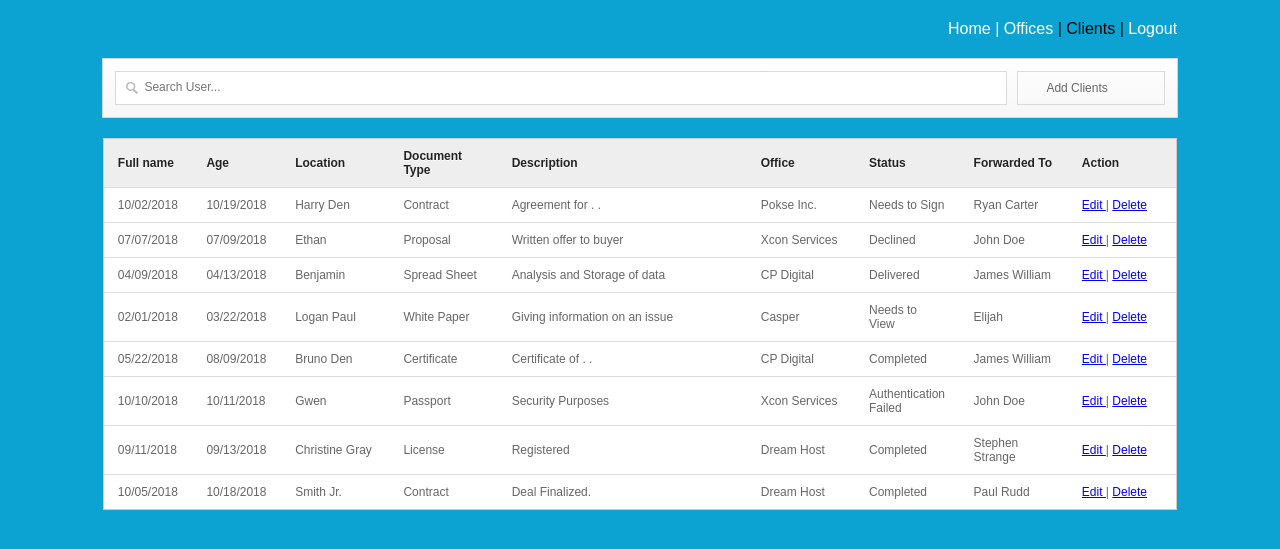
Repository: MrSyntax31/recordmanagement
Page: http://localhost/main/clients.php
An editor plug-in stored every save of this project. The page is shown before and after the next save, followed by the edit.
The browser window is 1280 px wide. The pictures show the whole page.
The page is run by PHP 8.4 with error messages shown; the project is at /var/www/html/. The database holds what the project's SQL file puts in it.

Above is the page before, as saved 2022-03-03 14:40:05.

### main/clients.php
<style>
body {
	background: #0ca3d2;
}
table { border-collapse: separate; background-color: #FFFFFF; border-spacing: 0; width: 85%; color: #666666; text-shadow: 0 1px 0 #FFFFFF; border: 1px solid #CCCCCC; box-shadow: 0; margin: 0 auto;font-family: arial; }
table thead tr th { background: none repeat scroll 0 0 #EEEEEE; color: #222222; padding: 10px 14px; text-align: left; border-top: 0 none; font-size: 12px; }
table tbody tr td{
    background-color: #FFFFFF;
	font-size: 12px;
    text-align: left;
	padding: 10px 14px;
	border-top: 1px solid #DDDDDD;
}
#log {
	width: 85%;
	text-align: right;
	margin: 20px auto;
	font-family: arial;
}
#log a {
	color: #FFFFFF;
	text-decoration: none;
	font-family: arial;
}
#formdesign {
	background: linear-gradient(to bottom, #FFFFFF 0%, #F6F6F6 100%) repeat scroll 0 0 rgba(0, 0, 0, 0);
    border: 1px solid #D5D5D5;
    padding: 12px;
    position: relative;
	margin: 20px auto;
	width: 83%;
	clear: both;
	height: 34px;
}
#filter {
	-moz-box-sizing: border-box;
    background: url("img/big_search.png") no-repeat scroll 10px 10px #FFFFFF;
    box-shadow: none;
    display: block;
    font-size: 12px;
    height: 34px;
    padding: 9px 140px 9px 28px;display: block;
    font-size: 12px;
    height: 34px;
    padding: 9px 140px 9px 28px;
    width: 85%;
	border: 1px solid #DADADA;
    transition: border 0.2s linear 0s, box-shadow 0.2s linear 0s;
	padding-top: 6px;
	float: left;
}
#add {
	float: right;
	width: 8.5%;
	display: block;
    font-size: 12px;
    height: 14px;
    padding: 9px 28px 9px 28px;
	border: 1px solid #DADADA;
}
a#add {
	text-decoration: none;
	color: #666666;
	font-family: arial;
	font-size: 12px;
}

</style>
<script src="argiepolicarpio.js" type="text/javascript" charset="utf-8"></script>
<script src="js/application.js" type="text/javascript" charset="utf-8"></script>
<!--sa poip up-->
<link href="src/facebox.css" media="screen" rel="stylesheet" type="text/css" />
   <script src="lib/jquery.js" type="text/javascript"></script>
  <script src="src/facebox.js" type="text/javascript"></script>
  <script type="text/javascript">
    jQuery(document).ready(function($) {
      $('a[rel*=facebox]').facebox({
        loadingImage : 'src/loading.gif',
        closeImage   : 'src/closelabel.png'
      })
    })
  </script>
<div id="log"> <a href="index.php">Home | <a href="offices.php">Offices</a> | Clients |  <a href="../index.php">Logout</a>
</div>
<div id="formdesign">
<input type="text" name="filter" value="" id="filter" placeholder="Search User..." autocomplete="off" />
<a rel="facebox" href="add.php" id="add">Add Clients</a>
</div>
<table cellspacing="0" cellpadding="2" id="resultTable">
<thead>
	<tr>
		<th width="5%"> Full name</th>
		<th width="7%"> Age</th>
		<th width="10%"> Location </th>
		<th width="10%"> Document Type </th>
		<th width="23%"> Description </th>
		<th width="10%"> Office </th>
		<th width="5%"> Status </th>
		<th width="10%"> Forwarded To </th>
		<th width="10%"> Action </th>
	</tr>
</thead>
<tbody>
	<?php
		include('connect.php');
		$result = $db->prepare("SELECT * FROM transaction ORDER BY id DESC");
		$result->execute();
		for($i=0; $row = $result->fetch(); $i++){
	?>
	<tr class="record">
		<td><?php echo $row['date']; ?></td>
		<td><?php echo $row['dateout']; ?></td>
		<td><?php echo $row['receive_by']; ?></td>
		<td><?php echo $row['doc_type']; ?></td>
		<td><?php echo $row['description']; ?></td>
		<td><?php echo $row['office']; ?></td>
		<td><?php echo $row['status']; ?></td>
		<td><?php echo $row['ft']; ?></td>
		<td><a rel="facebox" href="editform.php?id=<?php echo $row['id']; ?>"> Edit </a> | <a href="#" id="<?php echo $row['id']; ?>" class="delbutton" title="Click To Delete">Delete</a></td>
	</tr>
	<?php
		}
	?>
</tbody>
</table>
<script src="js/jquery.js"></script>
  <script type="text/javascript">
$(function() {


$(".delbutton").click(function(){

//Save the link in a variable called element
var element = $(this);

//Find the id of the link that was clicked
var del_id = element.attr("id");

//Built a url to send
var info = 'id=' + del_id;
 if(confirm("Sure you want to delete this update? There is NO undo!"))
		  {

 $.ajax({
   type: "GET",
   url: "delete.php",
   data: info,
   success: function(){

   }
 });
         $(this).parents(".record").animate({ backgroundColor: "#fbc7c7" }, "fast")
		.animate({ opacity: "hide" }, "slow");

 }

return false;

});

});
</script>

### main/connect.php
<?php
/* Database config */
$db_host		= 'localhost';
$db_user		= 'root';
$db_pass		= '';
$db_database	= 'record';

/* End config */

$db = new PDO('mysql:host='.$db_host.';dbname='.$db_database, $db_user, $db_pass);
$db->setAttribute(PDO::ATTR_ERRMODE, PDO::ERRMODE_EXCEPTION);

?>

### main/js/application.js
$(document).ready(function() {
	zebraRows('tr:odd td', 'odd');

	$('tbody tr').hover(function(){
	  $(this).find('td').addClass('hovered');
	}, function(){
	  $(this).find('td').removeClass('hovered');
	});

	//default each row to visible
	$('tbody tr').addClass('visible');

	//overrides CSS display:none property
	//so only users w/ JS will see the
	//filter box
	$('#search').show();

	$('#filter').keyup(function(event) {
		//if esc is pressed or nothing is entered
    if (event.keyCode == 27 || $(this).val() == '') {
			//if esc is pressed we want to clear the value of search box
			$(this).val('');

			//we want each row to be visible because if nothing
			//is entered then all rows are matched.
      $('tbody tr').removeClass('visible').show().addClass('visible');
    }

		//if there is text, lets filter
		else {
      filter('tbody tr', $(this).val());
    }

		//reapply zebra rows
		$('.visible td').removeClass('odd');
		zebraRows('.visible:even td', 'odd');
	});

	//grab all header rows
	$('thead th').each(function(column) {
		$(this).addClass('sortable')
					.click(function(){
						var findSortKey = function($cell) {
							return $cell.find('.sort-key').text().toUpperCase() + ' ' + $cell.text().toUpperCase();
						};

						var sortDirection = $(this).is('.sorted-asc') ? -1 : 1;

						//step back up the tree and get the rows with data
						//for sorting
						var $rows		= $(this).parent()
																.parent()
																.parent()
																.find('tbody tr')
																.get();

						//loop through all the rows and find
						$.each($rows, function(index, row) {
							row.sortKey = findSortKey($(row).children('td').eq(column));
						});

						//compare and sort the rows alphabetically
						$rows.sort(function(a, b) {
							if (a.sortKey < b.sortKey) return -sortDirection;
							if (a.sortKey > b.sortKey) return sortDirection;
							return 0;
						});

						//add the rows in the correct order to the bottom of the table
						$.each($rows, function(index, row) {
							$('tbody').append(row);
							row.sortKey = null;
						});

						//identify the column sort order
						$('th').removeClass('sorted-asc sorted-desc');
						var $sortHead = $('th').filter(':nth-child(' + (column + 1) + ')');
						sortDirection == 1 ? $sortHead.addClass('sorted-asc') : $sortHead.addClass('sorted-desc');

						//identify the column to be sorted by
						$('td').removeClass('sorted')
									.filter(':nth-child(' + (column + 1) + ')')
									.addClass('sorted');

						$('.visible td').removeClass('odd');
						zebraRows('.visible:even td', 'odd');
					});
	});
});


//used to apply alternating row styles
function zebraRows(selector, className)
{
	$(selector).removeClass(className)
							.addClass(className);
}

//filter results based on query
function filter(selector, query) {
	query	=	$.trim(query); //trim white space
  query = query.replace(/ /gi, '|'); //add OR for regex

  $(selector).each(function() {
    ($(this).text().search(new RegExp(query, "i")) < 0) ? $(this).hide().removeClass('visible') : $(this).show().addClass('visible');
  });
}

### main/src/facebox.css
#facebox {
  position: absolute;
  top: 0;
  left: 0;
  z-index: 100;
  text-align: left;
}


#facebox .popup{
  position:relative;
  border:3px solid rgba(0,0,0,0);
  -webkit-border-radius:5px;
  -moz-border-radius:5px;
  border-radius:5px;
  -webkit-box-shadow:0 0 18px rgba(0,0,0,0.4);
  -moz-box-shadow:0 0 18px rgba(0,0,0,0.4);
  box-shadow:0 0 18px rgba(0,0,0,0.4);
}

#facebox .content {
  display:table;
  width: 280px;
  padding: 10px;
  background: #fff;
  -webkit-border-radius:4px;
  -moz-border-radius:4px;
  border-radius:4px;
}

#facebox .content > p:first-child{
  margin-top:0;
}
#facebox .content > p:last-child{
  margin-bottom:0;
}

#facebox .close{
  position:absolute;
  top:5px;
  right:5px;
  padding:2px;
  background:#fff;
}
#facebox .close img{
  opacity:0.3;
}
#facebox .close:hover img{
  opacity:1.0;
}

#facebox .loading {
  text-align: center;
}

#facebox .image {
  text-align: center;
}

#facebox img {
  border: 0;
  margin: 0;
}

#facebox_overlay {
  position: fixed;
  top: 0px;
  left: 0px;
  height:100%;
  width:100%;
}

.facebox_hide {
  z-index:-100;
}

.facebox_overlayBG {
  background-color: #000;
  z-index: 99;
}

.hoverbox
{
	cursor: default;
	list-style: none;
}

.hoverbox a
{
	cursor:pointer;
}


.hoverbox img
{
	background: #fff;
	border-color: #aaa #ccc #ddd #bbb;
	border-style: solid;
	border-width: 1px;
	color: inherit;
	padding: 2px;
	vertical-align: top;
	width: 115px;
	height: 70px;
	margin-bottom:5px;
}

### main/src/facebox.js
/*
 * Facebox (for jQuery)
 * version: 1.2 (05/05/2008)
 * @requires jQuery v1.2 or later
 *
 * Examples at http://famspam.com/facebox/
 *
 * Licensed under the MIT:
 *   http://www.opensource.org/licenses/mit-license.php
 *
 * Copyright 2007, 2008 Chris Wanstrath [ chris@ozmm.org ]
 *
 * Usage:
 *
 *  jQuery(document).ready(function() {
 *    jQuery('a[rel*=facebox]').facebox()
 *  })
 *
 *  <a href="#terms" rel="facebox">Terms</a>
 *    Loads the #terms div in the box
 *
 *  <a href="terms.html" rel="facebox">Terms</a>
 *    Loads the terms.html page in the box
 *
 *  <a href="terms.png" rel="facebox">Terms</a>
 *    Loads the terms.png image in the box
 *
 *
 *  You can also use it programmatically:
 *
 *    jQuery.facebox('some html')
 *    jQuery.facebox('some html', 'my-groovy-style')
 *
 *  The above will open a facebox with "some html" as the content.
 *
 *    jQuery.facebox(function($) {
 *      $.get('blah.html', function(data) { $.facebox(data) })
 *    })
 *
 *  The above will show a loading screen before the passed function is called,
 *  allowing for a better ajaxy experience.
 *
 *  The facebox function can also display an ajax page, an image, or the contents of a div:
 *
 *    jQuery.facebox({ ajax: 'remote.html' })
 *    jQuery.facebox({ ajax: 'remote.html' }, 'my-groovy-style')
 *    jQuery.facebox({ image: 'stairs.jpg' })
 *    jQuery.facebox({ image: 'stairs.jpg' }, 'my-groovy-style')
 *    jQuery.facebox({ div: '#box' })
 *    jQuery.facebox({ div: '#box' }, 'my-groovy-style')
 *
 *  Want to close the facebox?  Trigger the 'close.facebox' document event:
 *
 *    jQuery(document).trigger('close.facebox')
 *
 *  Facebox also has a bunch of other hooks:
 *
 *    loading.facebox
 *    beforeReveal.facebox
 *    reveal.facebox (aliased as 'afterReveal.facebox')
 *    init.facebox
 *    afterClose.facebox
 *
 *  Simply bind a function to any of these hooks:
 *
 *   $(document).bind('reveal.facebox', function() { ...stuff to do after the facebox and contents are revealed... })
 *
 */
(function($) {
  $.facebox = function(data, klass) {
    $.facebox.loading()

    if (data.ajax) fillFaceboxFromAjax(data.ajax, klass)
    else if (data.image) fillFaceboxFromImage(data.image, klass)
    else if (data.div) fillFaceboxFromHref(data.div, klass)
    else if ($.isFunction(data)) data.call($)
    else $.facebox.reveal(data, klass)
  }

  /*
   * Public, $.facebox methods
   */

  $.extend($.facebox, {
    settings: {
      opacity      : 0.2,
      overlay      : false,
      loadingImage : '/facebox/loading.gif',
      closeImage   : '/facebox/closelabel.png',
      imageTypes   : [ 'png', 'jpg', 'jpeg', 'gif' ],
      faceboxHtml  : '\
    <div id="facebox" style="display:none;"> \
      <div class="popup"> \
        <div class="content"> \
        </div> \
        <a href="#" class="close"><img src="/facebox/closelabel.png" title="close" class="close_image" /></a> \
      </div> \
    </div>'
    },

    loading: function() {
      init()
      if ($('#facebox .loading').length == 1) return true
      showOverlay()

      $('#facebox .content').empty()
      $('#facebox .body').children().hide().end().
        append('<div class="loading"><img src="'+$.facebox.settings.loadingImage+'"/></div>')

      $('#facebox').css({
        top:	getPageScroll()[1] + (getPageHeight() / 10),
        left:	$(window).width() / 2 - 205
      }).show()

      $(document).bind('keydown.facebox', function(e) {
        if (e.keyCode == 27) $.facebox.close()
        return true
      })
      $(document).trigger('loading.facebox')
    },

    reveal: function(data, klass) {
      $(document).trigger('beforeReveal.facebox')
      if (klass) $('#facebox .content').addClass(klass)
      $('#facebox .content').append(data)
      $('#facebox .loading').remove()
      $('#facebox .body').children().fadeIn('normal')
      $('#facebox').css('left', $(window).width() / 2 - ($('#facebox .popup').width() / 2))
      $(document).trigger('reveal.facebox').trigger('afterReveal.facebox')
    },

    close: function() {
      $(document).trigger('close.facebox')
      return false
    }
  })

  /*
   * Public, $.fn methods
   */

  $.fn.facebox = function(settings) {
    if ($(this).length == 0) return

    init(settings)

    function clickHandler() {
      $.facebox.loading(true)

      // support for rel="facebox.inline_popup" syntax, to add a class
      // also supports deprecated "facebox[.inline_popup]" syntax
      var klass = this.rel.match(/facebox\[?\.(\w+)\]?/)
      if (klass) klass = klass[1]

      fillFaceboxFromHref(this.href, klass)
      return false
    }

    return this.bind('click.facebox', clickHandler)
  }

  /*
   * Private methods
   */

  // called one time to setup facebox on this page
  function init(settings) {
    if ($.facebox.settings.inited) return true
    else $.facebox.settings.inited = true

    $(document).trigger('init.facebox')
    makeCompatible()

    var imageTypes = $.facebox.settings.imageTypes.join('|')
    $.facebox.settings.imageTypesRegexp = new RegExp('\.(' + imageTypes + ')$', 'i')

    if (settings) $.extend($.facebox.settings, settings)
    $('body').append($.facebox.settings.faceboxHtml)

    var preload = [ new Image(), new Image() ]
    preload[0].src = $.facebox.settings.closeImage
    preload[1].src = $.facebox.settings.loadingImage

    $('#facebox').find('.b:first, .bl').each(function() {
      preload.push(new Image())
      preload.slice(-1).src = $(this).css('background-image').replace(/url\((.+)\)/, '$1')
    })

    $('#facebox .close').click($.facebox.close)
    $('#facebox .close_image').attr('src', $.facebox.settings.closeImage)
  }

  // getPageScroll() by quirksmode.com
  function getPageScroll() {
    var xScroll, yScroll;
    if (self.pageYOffset) {
      yScroll = self.pageYOffset;
      xScroll = self.pageXOffset;
    } else if (document.documentElement && document.documentElement.scrollTop) {	 // Explorer 6 Strict
      yScroll = document.documentElement.scrollTop;
      xScroll = document.documentElement.scrollLeft;
    } else if (document.body) {// all other Explorers
      yScroll = document.body.scrollTop;
      xScroll = document.body.scrollLeft;
    }
    return new Array(xScroll,yScroll)
  }

  // Adapted from getPageSize() by quirksmode.com
  function getPageHeight() {
    var windowHeight
    if (self.innerHeight) {	// all except Explorer
      windowHeight = self.innerHeight;
    } else if (document.documentElement && document.documentElement.clientHeight) { // Explorer 6 Strict Mode
      windowHeight = document.documentElement.clientHeight;
    } else if (document.body) { // other Explorers
      windowHeight = document.body.clientHeight;
    }
    return windowHeight
  }

  // Backwards compatibility
  function makeCompatible() {
    var $s = $.facebox.settings

    $s.loadingImage = $s.loading_image || $s.loadingImage
    $s.closeImage = $s.close_image || $s.closeImage
    $s.imageTypes = $s.image_types || $s.imageTypes
    $s.faceboxHtml = $s.facebox_html || $s.faceboxHtml
  }

  // Figures out what you want to display and displays it
  // formats are:
  //     div: #id
  //   image: blah.extension
  //    ajax: anything else
  function fillFaceboxFromHref(href, klass) {
    // div
    if (href.match(/#/)) {
      var url    = window.location.href.split('#')[0]
      var target = href.replace(url,'')
      if (target == '#') return
      $.facebox.reveal($(target).html(), klass)

    // image
    } else if (href.match($.facebox.settings.imageTypesRegexp)) {
      fillFaceboxFromImage(href, klass)
    // ajax
    } else {
      fillFaceboxFromAjax(href, klass)
    }
  }

  function fillFaceboxFromImage(href, klass) {
    var image = new Image()
    image.onload = function() {
      $.facebox.reveal('<div class="image"><img src="' + image.src + '" /></div>', klass)
    }
    image.src = href
  }

  function fillFaceboxFromAjax(href, klass) {
    $.get(href, function(data) { $.facebox.reveal(data, klass) })
  }

  function skipOverlay() {
    return $.facebox.settings.overlay == false || $.facebox.settings.opacity === null
  }

  function showOverlay() {
    if (skipOverlay()) return

    if ($('#facebox_overlay').length == 0)
      $("body").append('<div id="facebox_overlay" class="facebox_hide"></div>')

    $('#facebox_overlay').hide().addClass("facebox_overlayBG")
      .css('opacity', $.facebox.settings.opacity)
      .click(function() { $(document).trigger('close.facebox') })
      .fadeIn(200)
    return false
  }

  function hideOverlay() {
    if (skipOverlay()) return

    $('#facebox_overlay').fadeOut(200, function(){
      $("#facebox_overlay").removeClass("facebox_overlayBG")
      $("#facebox_overlay").addClass("facebox_hide")
      $("#facebox_overlay").remove()
    })

    return false
  }

  /*
   * Bindings
   */

  $(document).bind('close.facebox', function() {
    $(document).unbind('keydown.facebox')
    $('#facebox').fadeOut(function() {
      $('#facebox .content').removeClass().addClass('content')
      $('#facebox .loading').remove()
      $(document).trigger('afterClose.facebox')
    })
    hideOverlay()
  })

})(jQuery);

### main/DATABASE/record.sql (the tables this page reads)
CREATE TABLE IF NOT EXISTS `transaction` (
`id` int(11) NOT NULL,
  `date` varchar(100) NOT NULL,
  `doc_type` varchar(100) NOT NULL,
  `description` varchar(1000) NOT NULL,
  `office` varchar(100) NOT NULL,
  `status` varchar(100) NOT NULL,
  `dateout` varchar(100) NOT NULL,
  `receive_by` varchar(100) NOT NULL,
  `ft` varchar(100) NOT NULL
) ENGINE=InnoDB AUTO_INCREMENT=9 DEFAULT CHARSET=latin1;

INSERT INTO `transaction` (`id`, `date`, `doc_type`, `description`, `office`, `status`, `dateout`, `receive_by`, `ft`) VALUES
(1, '10/05/2018', 'Contract', 'Deal Finalized. ', 'Dream Host', 'Completed', '10/18/2018', 'Smith Jr.', 'Paul Rudd'),
(2, '09/11/2018', 'License', 'Registered', 'Dream Host', 'Completed', '09/13/2018', 'Christine Gray', 'Stephen Strange'),
(3, '10/10/2018', 'Passport', 'Security Purposes', 'Xcon Services', 'Authentication Failed', '10/11/2018', 'Gwen', 'John Doe'),
(4, '05/22/2018', 'Certificate', 'Certificate of . .', 'CP Digital', 'Completed', '08/09/2018', 'Bruno Den', 'James William'),
(5, '02/01/2018', 'White Paper', 'Giving information on an issue', 'Casper', 'Needs to View', '03/22/2018', 'Logan Paul', 'Elijah'),
(6, '04/09/2018', 'Spread Sheet', 'Analysis and Storage of data', 'CP Digital', 'Delivered', '04/13/2018', 'Benjamin', 'James William'),
(7, '07/07/2018', 'Proposal', 'Written offer to buyer', 'Xcon Services', 'Declined', '07/09/2018', 'Ethan', 'John Doe'),
(8, '10/02/2018', 'Contract', 'Agreement for . .', 'Pokse Inc.', 'Needs to Sign', '10/19/2018', 'Harry Den', 'Ryan Carter');

ALTER TABLE `transaction`
 ADD PRIMARY KEY (`id`);

ALTER TABLE `transaction`
MODIFY `id` int(11) NOT NULL AUTO_INCREMENT,AUTO_INCREMENT=9;

Loaded but not shown: main/argiepolicarpio.js (library); main/lib/jquery.js (library); main/js/jquery.js (library)

After the next save:
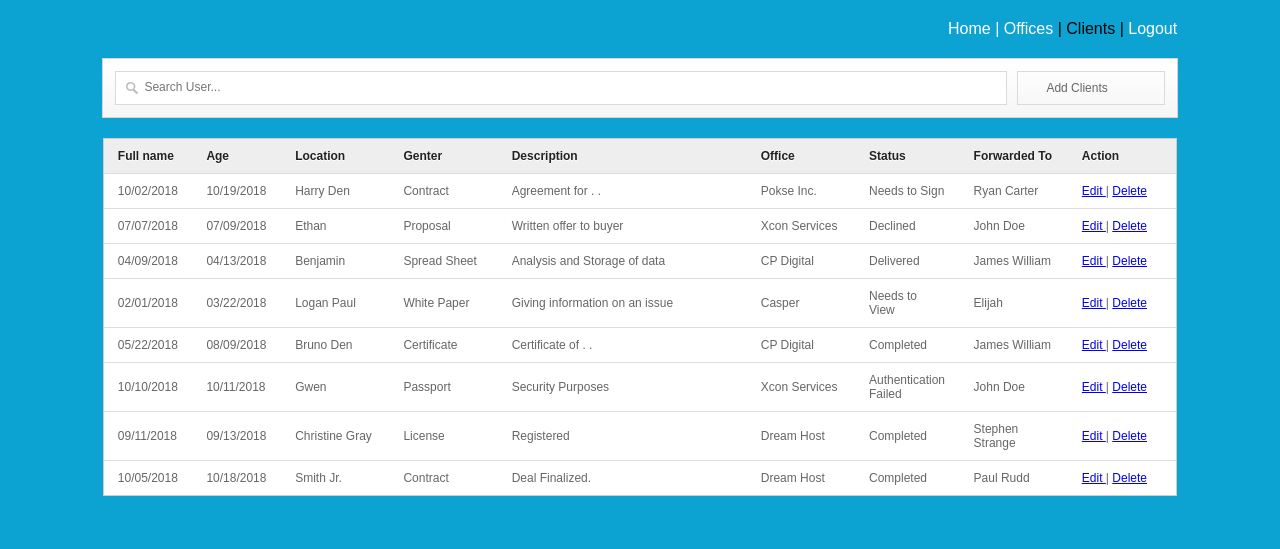
Saved 6 s later.
--- a/main/clients.php
+++ b/main/clients.php
@@ -92,7 +92,7 @@ a#add {
 		<th width="5%"> Full name</th>
 		<th width="7%"> Age</th>
 		<th width="10%"> Location </th>
-		<th width="10%"> Document Type </th>
+		<th width="10%"> Genter </th>
 		<th width="23%"> Description </th>
 		<th width="10%"> Office </th>
 		<th width="5%"> Status </th>
